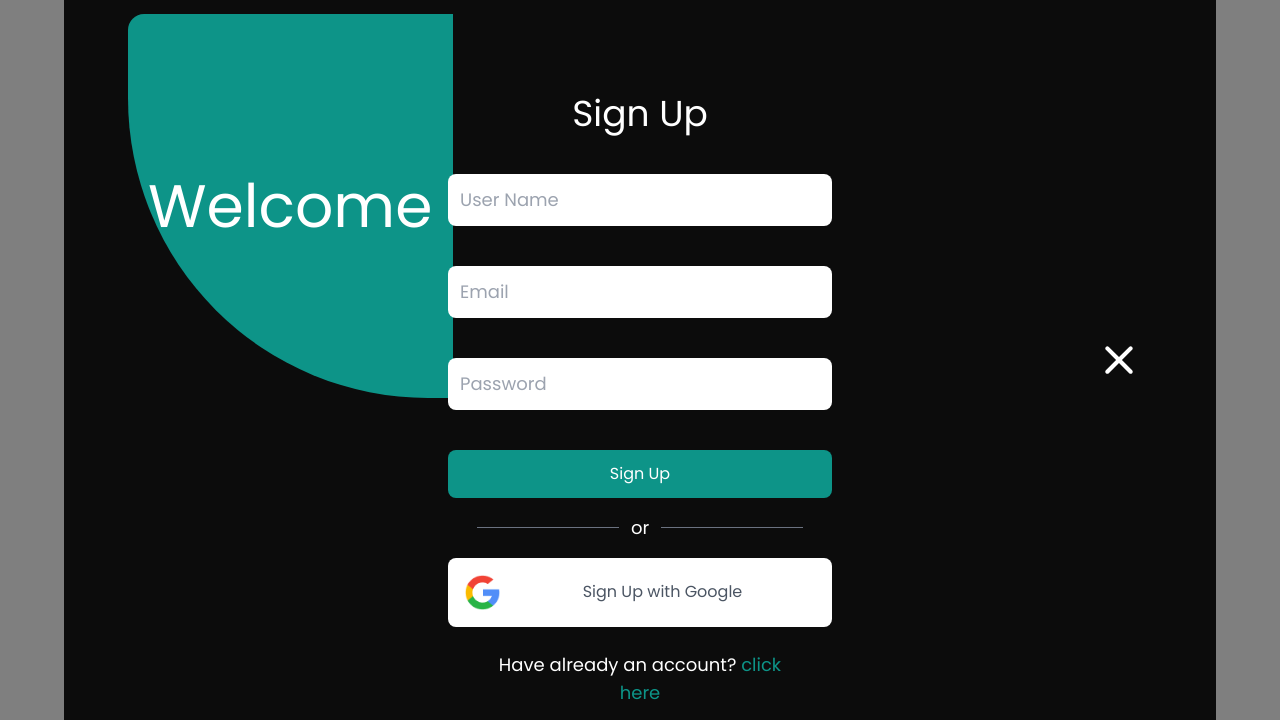
Repository: Ahmed77669/GT-Exams
Page: /
The author's editor kept a copy of each file at every save. The page is drawn from the files as they stood at one save, then again after the next save.
The browser window is 1280 px wide. The pictures show the whole page.
The project was rebuilt for these pictures with package versions that can differ from the ones it lists, and the page was loaded fresh each time. The framework's server and built-in components were replaced by stand-ins that run in the browser. Also part of the build but not shown: next.config.mjs.

Above is the page before, as saved 2024-10-04 20:01:56.

After the next save:
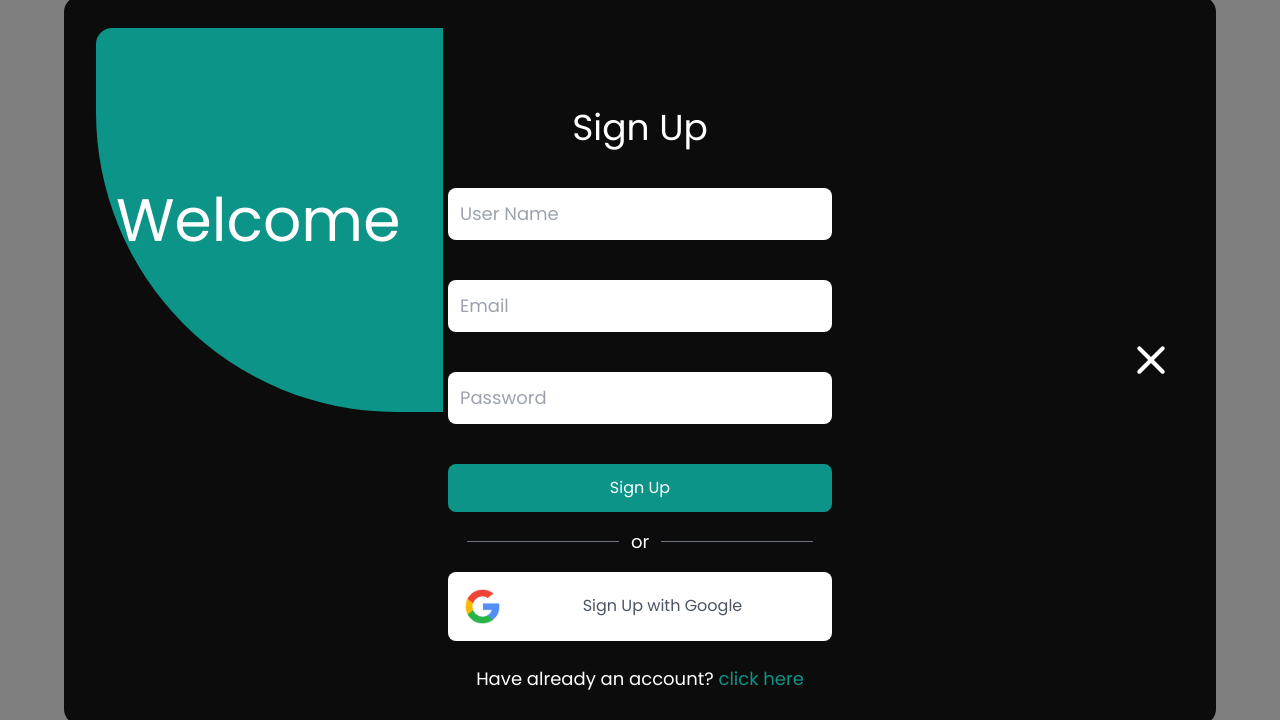
Saved 8 min 50 s later.
--- a/components/signup.tsx
+++ b/components/signup.tsx
@@ -38,7 +38,7 @@ const Signup: React.FC<SignupProps> = ({ closeSignup, toggleForm }) => {
     <motion.div variants={pageVariants} initial="hidden" animate="visible">
       <section className={poppins.className}>
         <div className="flex justify-center items-center h-screen">
-          <div className="bg-black/90 w-full max-w-6xl rounded-2xl p-8 md:p-16">
+          <div className="bg-black/90 w-full max-w-6xl rounded-2xl p-8 ">
             <div className="grid md:grid-cols-3 gap-6 text-white">
               <div className="bg-teal-600 w-full h-96 rounded-tl-2xl rounded-bl-[300px] flex items-center">
                 <h1 className="text-6xl ml-5">Welcome</h1>
